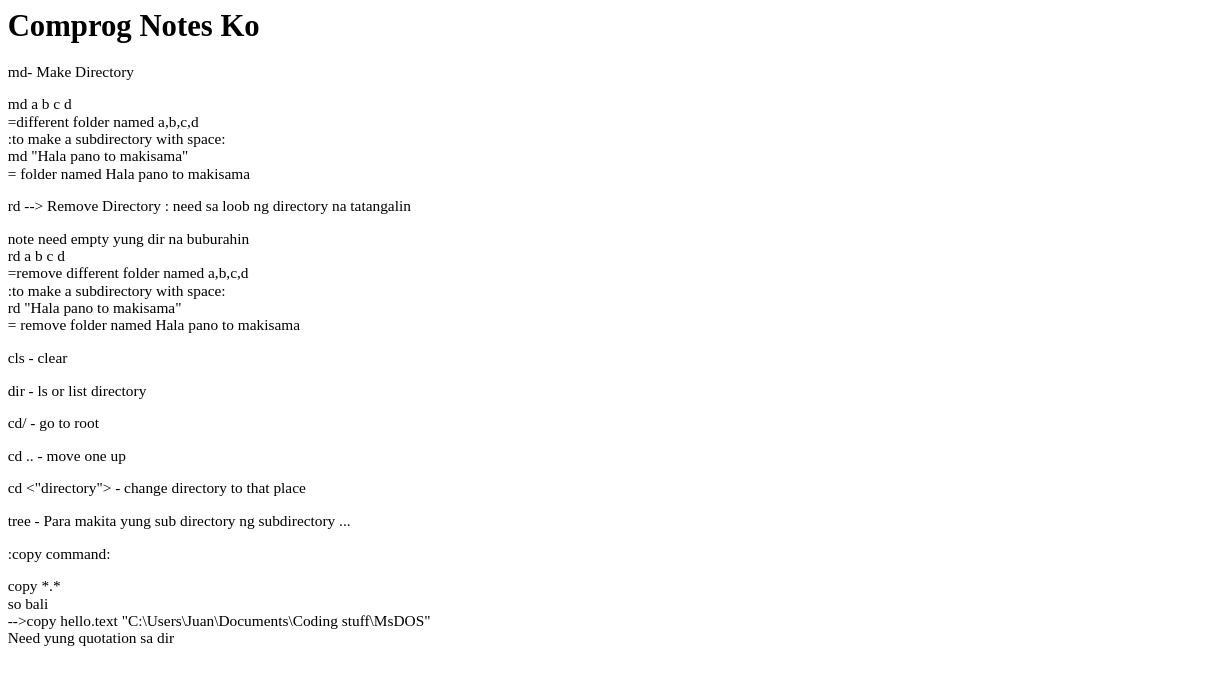
Repository: zwainer/Comprog
Page: index.html
An editor plug-in stored every save of this project. The page is shown before and after the next save, followed by the edit.
The browser window is 1280 px wide. The pictures show the whole page, at 96% of full size.

Above is the page before, as saved 2023-05-04 08:37:53.

### index.html
<html>
	<head>
		<link rel="stylesheet" href="index.css">
	</head>
	<h1>Comprog Notes Ko</h1>
<p class="StartCommand">md- Make Directory <br/></p>
	md a b c d  <br/>
		=different folder named a,b,c,d<br/>

	:to make a subdirectory with space:<br/>

	md "Hala pano to makisama"<br/>
		= folder named Hala pano to makisama<br/>

<p class="StartCommand">rd --> Remove Directory : need sa loob ng directory na tatangalin<br/></p>

	note need empty yung dir na buburahin<br/>

rd a b c d <br/>
		=remove different folder named a,b,c,d<br/>

	:to make a subdirectory with space:<br/>

	rd "Hala pano to makisama"<br/>

		= remove folder named Hala pano to makisama	<br/>


<p class="StartCommand">cls - clear<br/></p>

<p class="StartCommand">dir - ls or list directory<br/></p>

<p class="StartCommand">cd/ - go to root<br/></p>

<p class="StartCommand">cd .. - move one up<br/></p>

<p class="StartCommand">cd <"directory"> - change directory to that place<br/></p>

<p class="StartCommand">tree - Para makita yung sub directory ng subdirectory ...<br/></p>

<p class="StartCommand">:copy command:<br/></p>

copy *.*<br/>

	so bali <br/>
		-->copy hello.text "C:\Users\Juan\Documents\Coding stuff\MsDOS"<br/>
			Need yung quotation sa dir<br/>


		</p>
</html>

### index.css
.StartCommand{
    font-size: ;
}

After the next save:
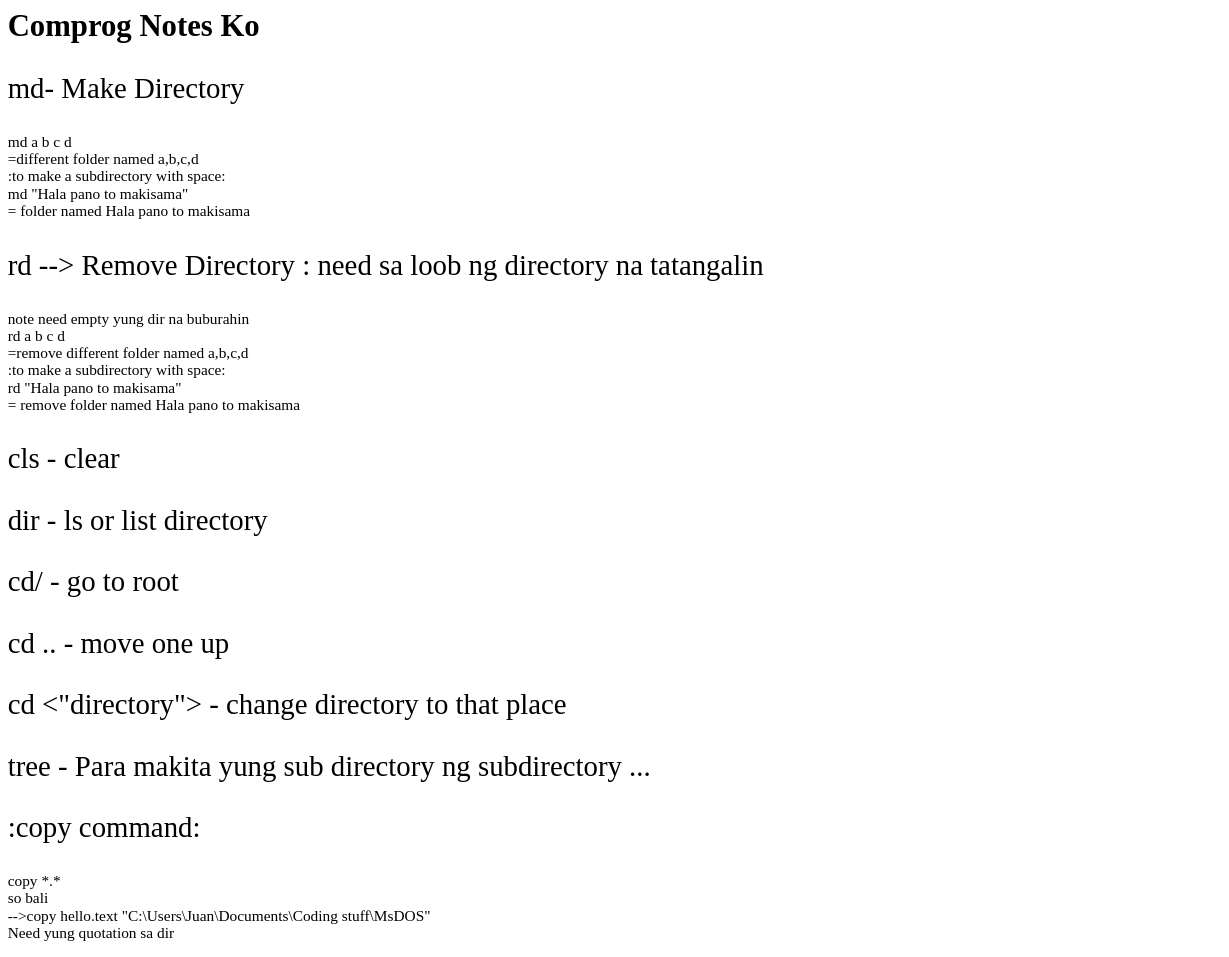
Saved 4 s later.
--- a/index.css
+++ b/index.css
@@ -1,3 +1,3 @@
 .StartCommand{
-    font-size: ;
+    font-size: 30px;
 }
